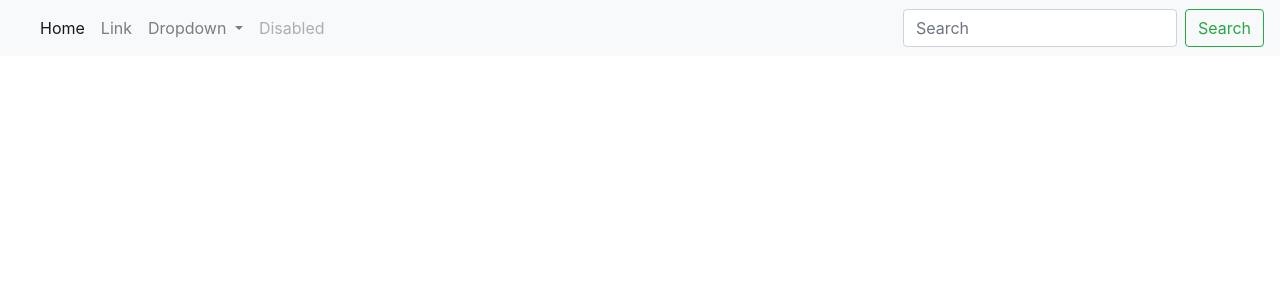
Repository: robertkameni/Zodiac-App
Page: client/index.html
The author's editor kept a copy of each file at every save. The page is drawn from the files as they stood at one save, then again after the next save.
The browser window is 1280 px wide. The pictures show the whole page.

Above is the page before, as saved 2019-06-16 12:45:27.

After the next save:
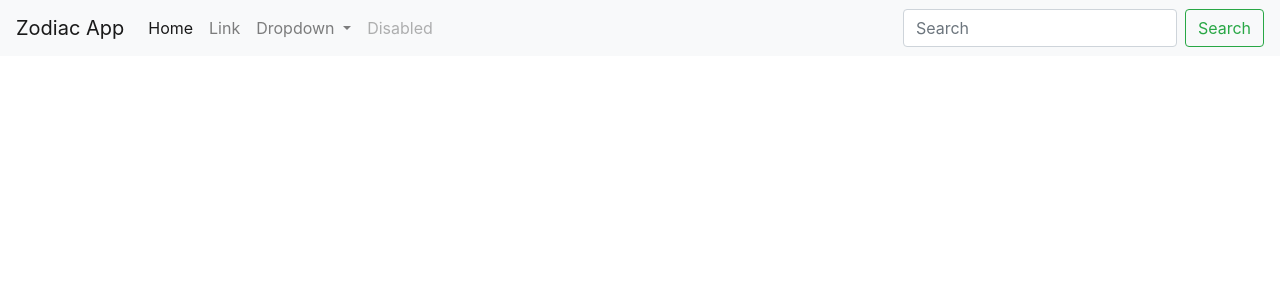
Saved 5 s later.
--- a/client/index.html
+++ b/client/index.html
@@ -14,7 +14,7 @@
 
 <body>
     <nav class="navbar navbar-expand-lg navbar-light bg-light">
-        <a class="navbar-brand" href="/"></a>
+        <a class="navbar-brand" href="/">Zodiac App</a>
         <button class="navbar-toggler" type="button" data-toggle="collapse" data-target="#navbarSupportedContent"
             aria-controls="navbarSupportedContent" aria-expanded="false" aria-label="Toggle navigation">
             <span class="navbar-toggler-icon"></span>
